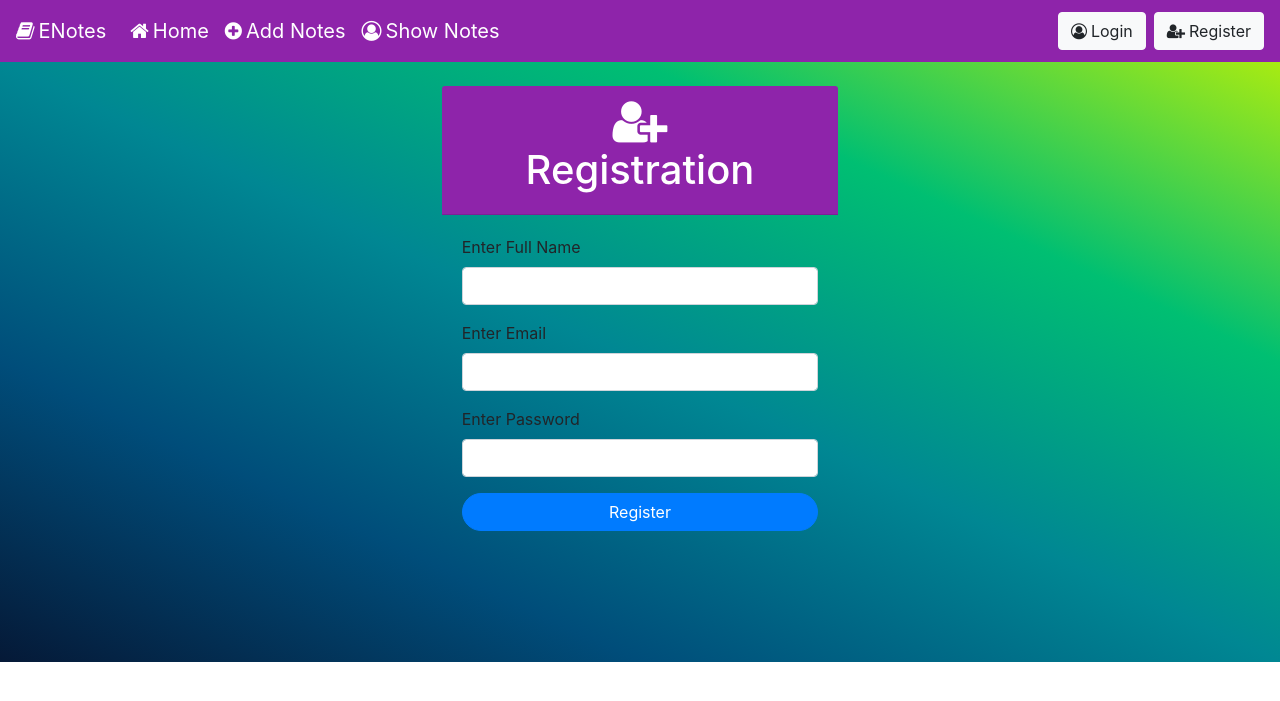
Repository: Bansal140899/eclipse-workspace
Page: http://localhost/ENotesProject/register.jsp
These files come from the project's save history. The page is drawn as it stood at one moment and after the next save; the edit follows.
The browser window is 1280 px wide. The pictures show the whole page.
The page is served by Tomcat 9. Other server files are loaded and not shown.

Above is the page before, as saved 2025-12-21 22:29:48.

### ENotesProject/src/main/webapp/register.jsp
<%@ page language="java" contentType="text/html; charset=UTF-8"
	pageEncoding="UTF-8"%>
<!DOCTYPE html PUBLIC "-//W3C//DTD HTML 4.01 Transitional//EN" "http://www.w3.org/TR/html4/loose.dtd">
<html>
<head>
<meta http-equiv="Content-Type" content="text/html; charset=UTF-8">
<title>Register Page</title>
</head>
<body>
	<%@include file="All_Component/allcss.jsp"%>
	<%@include file="All_Component/navbar.jsp"%>
	<div class="container-fluid div-color">
		<div class="row">
			<div class="col-md-4 offset-md-4">
				<div class="text-center text-white mt-4">

					<div class="card-header text-center text-white bg-custom">
						<i class="fa fa-user-plus fa-3x" aria-hidden="true"></i>
						<h1>Registration</h1>

					</div>

				</div>
				<div class="card-body Bg-div">
					<form >
						<div class="form-group">
							<label> Enter Full Name</label>
							 <input
								type="text" class="form-control" id="exampleInputEmail1"
								aria-describedby="emailHelp">
						</div>

						<div class="form-group">
							<label> Enter Email</label>
							 <input
								type="email" class="form-control" id="exampleInputEmail1"
								aria-describedby="emailHelp">
						</div>

						<div class = "form-group">
						   <label >Enter Password</label>
						   <input type ="password" class="form-control" id = "exampleInputPassword1">
						</div>

						<button type="submit" class="btn btn-primary badge-pill btn-block">Register</button>
					</form>


				</div>
			</div>

		</div>

	</div>


	</div>
</body>
</html>

### ENotesProject/src/main/webapp/All_Component/allcss.jsp
<link rel="stylesheet"
	href="https://cdn.jsdelivr.net/npm/bootstrap@4.6.2/dist/css/bootstrap.min.css"
	integrity="sha384-xOolHFLEh07PJGoPkLv1IbcEPTNtaed2xpHsD9ESMhqIYd0nLMwNLD69Npy4HI+N"
	crossorigin="anonymous">

<link rel="stylesheet"
	href="https://cdnjs.cloudflare.com/ajax/libs/font-awesome/4.7.0/css/font-awesome.min.css">
<link rel="stylesheet" href="css/style.css">

<script
	src="https://cdn.jsdelivr.net/npm/jquery@3.5.1/dist/jquery.slim.min.js"
	integrity="sha384-DfXdz2htPH0lsSSs5nCTpuj/zy4C+OGpamoFVy38MVBnE+IbbVYUew+OrCXaRkfj"
	crossorigin="anonymous"></script>
<script
	src="https://cdn.jsdelivr.net/npm/popper.js@1.16.1/dist/umd/popper.min.js"
	integrity="sha384-9/reFTGAW83EW2RDu2S0VKaIzap3H66lZH81PoYlFhbGU+6BZp6G7niu735Sk7lN"
	crossorigin="anonymous"></script>
<script
	src="https://cdn.jsdelivr.net/npm/bootstrap@4.6.2/dist/js/bootstrap.min.js"
	integrity="sha384-+sLIOodYLS7CIrQpBjl+C7nPvqq+FbNUBDunl/OZv93DB7Ln/533i8e/mZXLi/P+"
	crossorigin="anonymous"></script>

### ENotesProject/src/main/webapp/All_Component/navbar.jsp
<nav class="navbar navbar-expand-lg navbar-dark bg-custom navbar-custom">
  <a class="navbar-brand" href="#"><i class="fa fa-book mr-1" aria-hidden="true"></i>ENotes</a>
  <button class="navbar-toggler" type="button" data-toggle="collapse" data-target="#navbarSupportedContent" aria-controls="navbarSupportedContent" aria-expanded="false" aria-label="Toggle navigation">
    <span class="navbar-toggler-icon"></span>
  </button>

  <div class="collapse navbar-collapse" id="navbarSupportedContent">
    <ul class="navbar-nav mr-auto">
      <li class="nav-item active">
        <a class="nav-link" href="#"><i class="fa fa-home mr-1" aria-hidden="true"></i>Home <span class="sr-only">(current)</span></a>
      </li>
      <li class="nav-item">
        <a class="nav-link" href="#"><i class="fa fa-plus-circle mr-1" aria-hidden="true"></i>Add Notes</a>
      </li>

      <li class="nav-item">
        <a class="nav-link"><i class="fa fa-user-circle-o mr-1" aria-hidden="true"></i>Show Notes</a>
      </li>
    </ul>

      <button class="btn btn-light my-2 my-sm-0 mr-2" type="submit"><i class="fa fa-user-circle-o mr-1" aria-hidden="true"></i>Login</a>
      <button class="btn btn-light my-2 my-sm-0" type="submit"><i class="fa fa-user-plus mr-1" aria-hidden="true"></i>Register</a>

  </div>
</nav>

### ENotesProject/src/main/webapp/css/style.css
.bg-custom{
	background:#8e24aa;
}
.navbar .nav-item .nav-link{
	font-size:20px;
	color:white;
}

.navbar-custom .nav-item:hover .nav-link{
	background:white;
	color:black;
    border-radius:10px;
}

.div-color{
	height:600px;
	background-image: linear-gradient(to right top, #051937, #004d7a, #008793, #00bf72, #a8eb12);

}
.Bg-div{
	baclground-color:white;
}

After the next save:
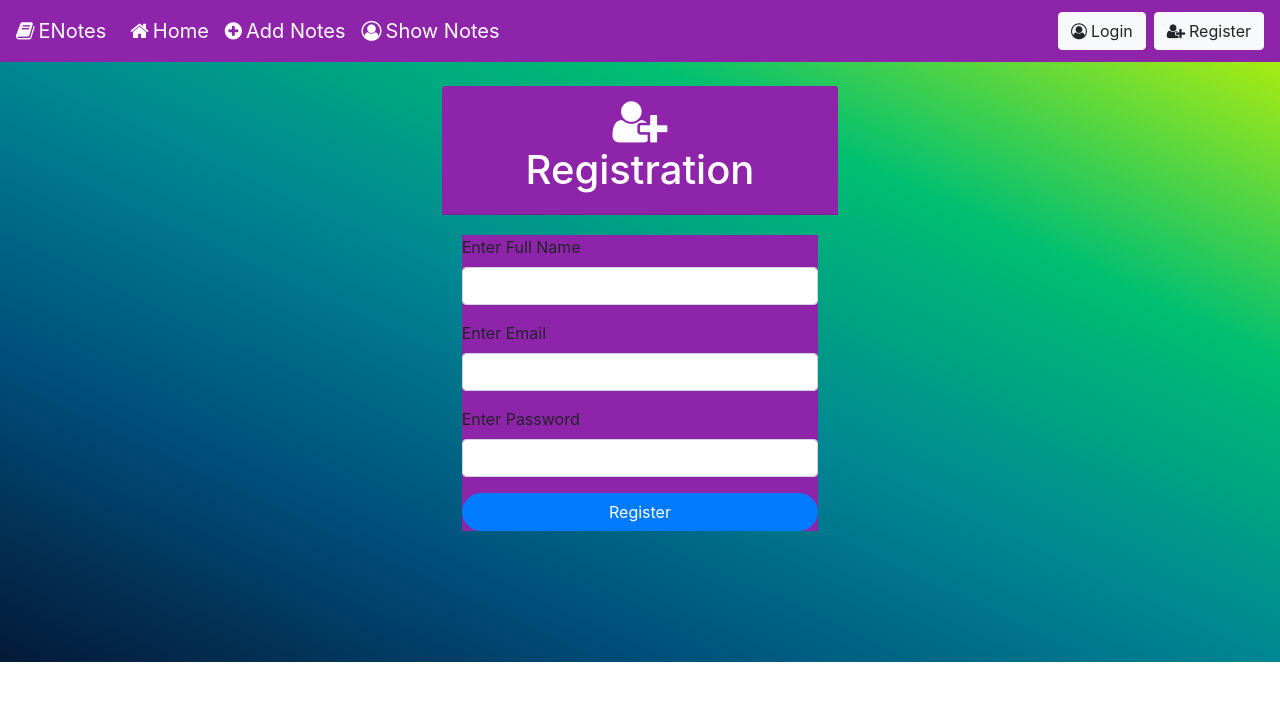
Saved 63 s later.
--- a/ENotesProject/src/main/webapp/register.jsp
+++ b/ENotesProject/src/main/webapp/register.jsp
@@ -22,7 +22,7 @@
 
 				</div>
 				<div class="card-body Bg-div">
-					<form >
+					<form class ="bg-custom">
 						<div class="form-group">
 							<label> Enter Full Name</label>
 							 <input

After the save that followed:
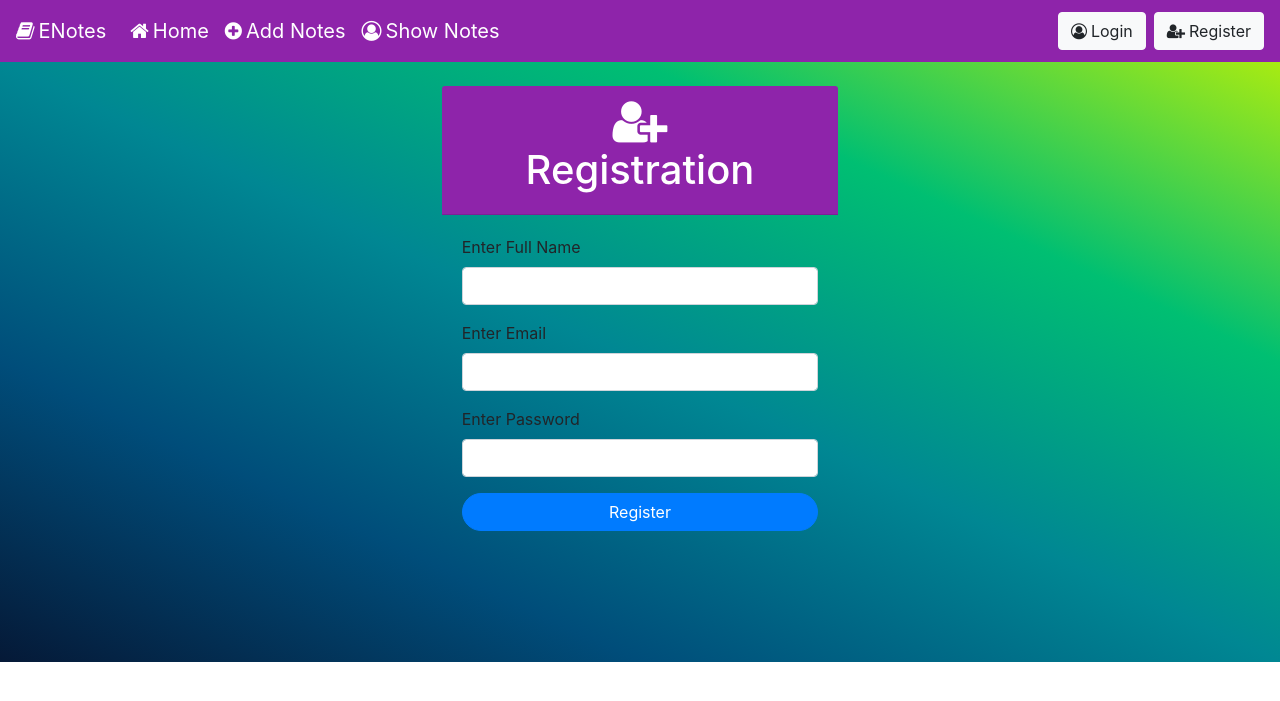
Saved 21 s later.
--- a/ENotesProject/src/main/webapp/register.jsp
+++ b/ENotesProject/src/main/webapp/register.jsp
@@ -21,8 +21,8 @@
 					</div>
 
 				</div>
-				<div class="card-body Bg-div">
-					<form class ="bg-custom">
+				<div class="card-body ">
+					<form class ="Bg-div">
 						<div class="form-group">
 							<label> Enter Full Name</label>
 							 <input
